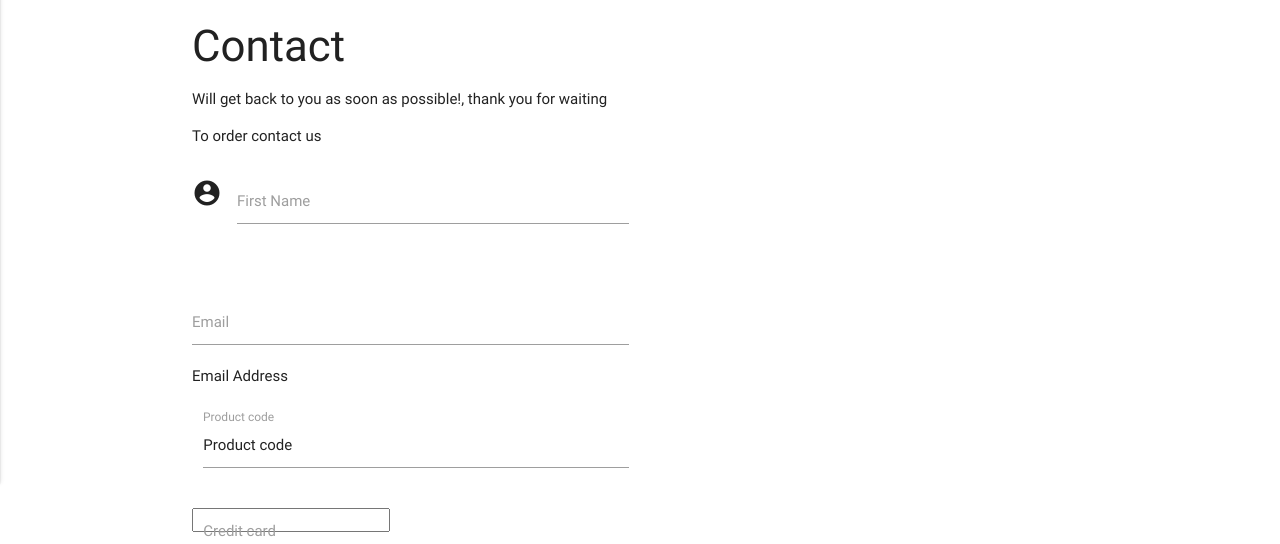
Repository: eazeldon/project-recipes-online-3
Page: http://localhost/contact
The author's editor kept a record of every edit. The page is drawn from the files as they stood at one moment, then again after the next edit.
The browser window is 1280 px wide. The pictures show the part of the page from y = 298 to 866 px (the page is 842 px tall before and 866 px after).
Some web libraries are served in a nearby version. The page is served by the project's application, run on Flask 3 (app.py).

Above is the page before.

After the next edit:
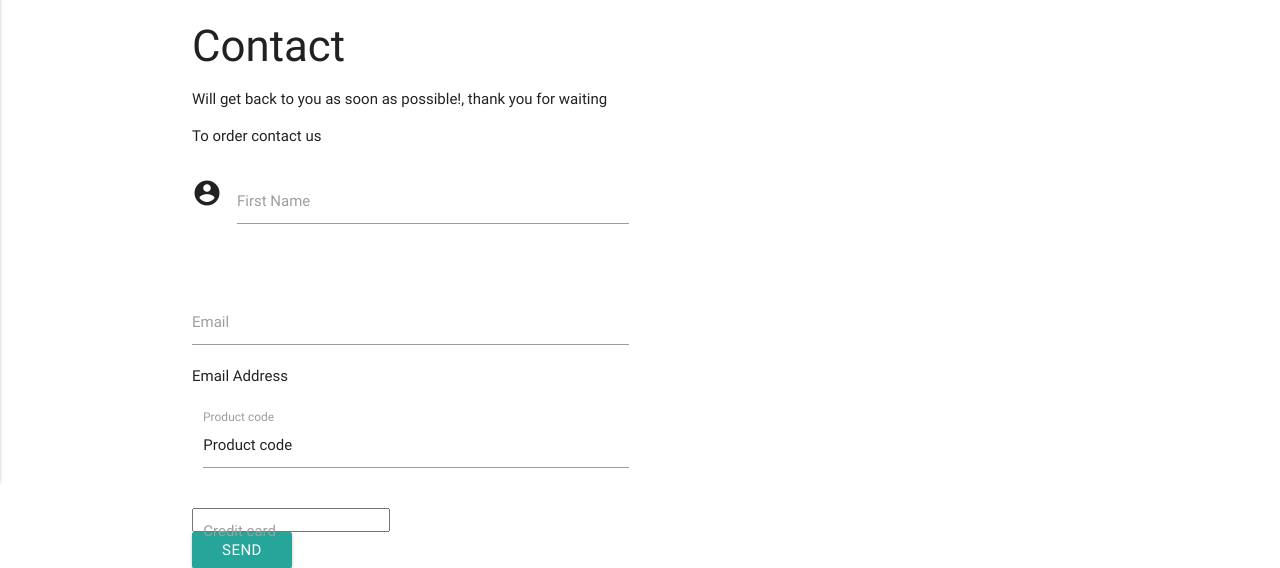
The edit:
--- a/templates/contact.html
+++ b/templates/contact.html
@@ -41,7 +41,7 @@
           <input id="credit" type="credit" class="validate">
           <label for="credit">Credit card</label>
           </div>
-      </div>
+   <button type="submit" class="btn btn-secondary center-block">Send</button>
 </form>
 </div>
 
